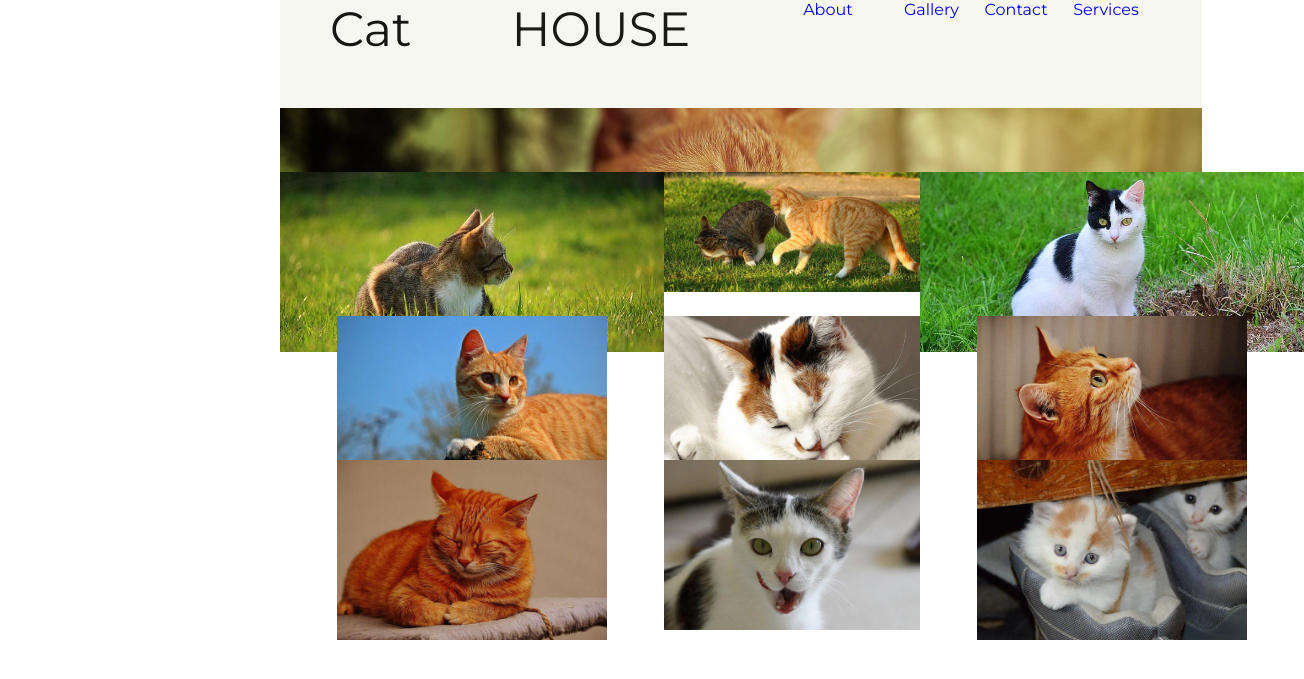
Repository: raul4264/final
Page: Gallery.html
The author's editor kept a copy of each file at every save. The page is drawn from the files as they stood at one save, then again after the next save.
The browser window is 1280 px wide. The page is 1304 px wide, so the pictures cover 1304 px, including what lies to the right of the window. The pictures show the whole page.

Above is the page before, as saved 2021-03-22 13:57:16.

After the next save:
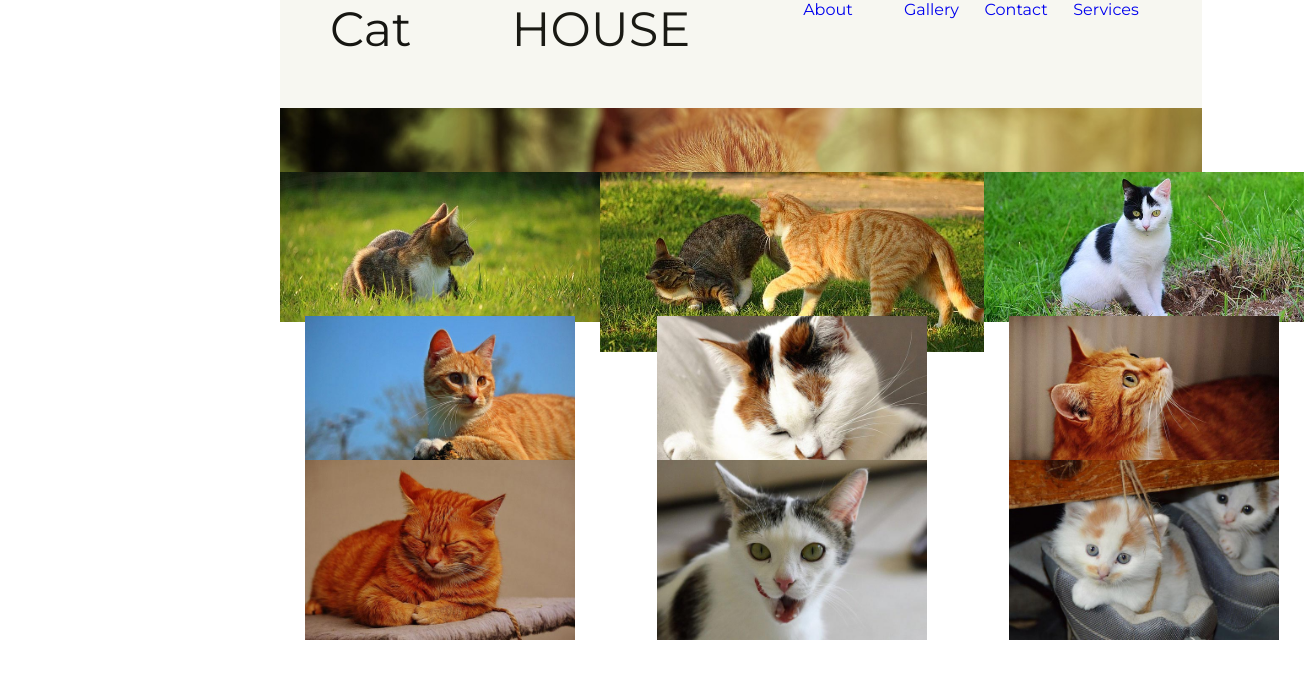
Saved 24 s later.
--- a/css/gallery.css
+++ b/css/gallery.css
@@ -98,7 +98,7 @@ header {
 } */
 main {
     display: grid;
-    grid-template-columns: 30vw 20vw 30vw;
+    grid-template-columns: 25vw 30vw 25vw;
     grid-template-rows: 20vh 20vh 20vh;
     grid-column-start: 1;
     grid-column-end: 4;
